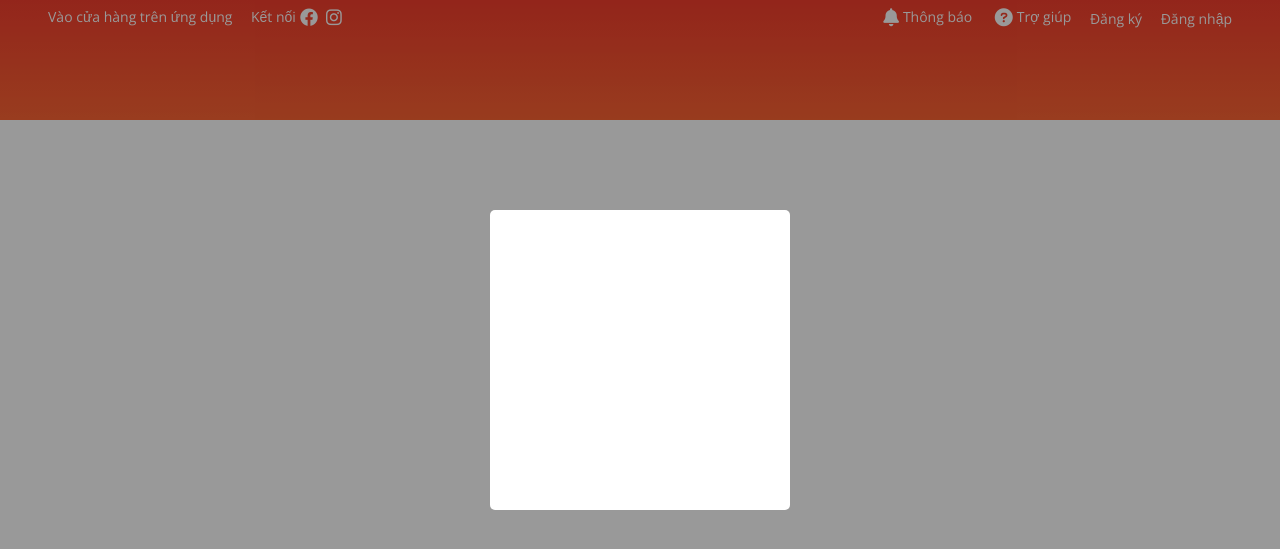
Repository: trongtamdev/Clone-Shopee-Page
Page: index.html
These files come from the project's save history. The page is drawn as it stood at one moment and after the next save; the edit follows.
The browser window is 1280 px wide. The pictures show the whole page.

Above is the page before, as saved 2022-07-08 14:30:43.

### index.html
<!DOCTYPE html>
<html lang="en">

<head>
    <meta charset="UTF-8">
    <meta http-equiv="X-UA-Compatible" content="IE=edge">
    <meta name="viewport" content="width=device-width, initial-scale=1.0">
    <title>Document</title>
    <link rel="stylesheet" href="https://cdnjs.cloudflare.com/ajax/libs/normalize/8.0.1/normalize.min.css">
    <link rel="stylesheet" href="assets/css/base.css">
    <link rel="stylesheet" href="assets/css/main.css">
    <link rel="stylesheet" href="assets/fonts/fontawesome-free-6.1.1/css/all.min.css">
    <link href="https://fonts.googleapis.com/css2?family=Open+Sans:wght@300;400;500;700&display=swap" rel="stylesheet">
</head>
    <div class="app">
        <header class="header">
            <div class="grid">
                <nav class="header__navbar">
                    <ul class="header__navbar-list">
                        <li class="header__navbar-item header__navbar-item--has-qr">
                            Vào cửa hàng trên ứng dụng
                            <div class="header__qr">
                                <img src="assets/img/qr_code.png" alt="QR code" class="header__qr-img">
                                <div class="header__qr-apps">
                                    <a href="" class="header__qr-link">
                                        <img src="assets/img/google_play.png" alt="Google play" class="header__qr-download-img">
                                    </a>
                                    <a href="" class="header__qr-link">
                                        <img src="assets/img/app_store.png" alt="App store" class="header__qr-download-img">
                                    </a>
                                </div>
                            </div>
                        </li>
                        <li class="header__navbar-item">
                            <span class="header__navbar-title--no-pointer">Kết nối</span>
                            <a href="" class="header__navbar-icon-link">
                                <i class="header__navbar-icon fa-brands fa-facebook"></i>
                            </a>
                            <a href="" class="header__navbar-icon-link">
                                <i class="header__navbar-icon fa-brands fa-instagram"></i>
                            </a>
                        </li>
                    </ul>

                    <ul class="header__navbar-list">
                        <li class="header__navbar-item">
                            <a href="" class="header__navbar-item-link">
                                <i class="header__navbar-icon fa-solid fa-bell"></i>
                                Thông báo</a>
                        </li>

                        <li class="header__navbar-item">
                            <a href="" class="header__navbar-item-link">
                                <i class="header__navbar-icon fa-solid fa-circle-question"></i>
                                Trợ giúp</a>
                        </li>

                        <li class="header__navbar-item header__navbar-item--strong">Đăng ký</li>
                        <li class="header__navbar-item header__navbar-item--strong">Đăng nhập</li>
                    </ul>
                </nav>
            </div>

        </header>

        <div class="container">

        </div>

        <footer class="footer">

        </footer>
    </div>
    <div class="modal">
        <div class="modal__overlay">

        </div>
        <div class="modal__body">
            <div class="modal__inner">

            </div>
        </div>
    </div>
<body>

</body>

</html>

### assets/css/base.css
:root {
    --white-color :#fff;
    --back-color :#000;
    --text-color : #333;
}

*{
    box-sizing: inherit;
}

html {
    font-size: 62.5%;
    line-height: 1.6rem;
    font-family: 'Open Sans', sans-serif;;
    box-sizing: border-box;
}

.grid {
    width: 1200px;
    max-width: 100%;
    margin: 0 auto;
}

.grid__full-width {
    width: 100%;
}

.grid__row {
    display: flex;
    flex-wrap: wrap
}

/* Animation */
@keyframes fadeIn {
    from {
        opacity: 0;
    }to {
        opacity: 1;
    }
}

/* Modal */

.modal {
    position: fixed;
    top: 0;
    right: 0;
    bottom: 0;
    left: 0;
    display: flex;
}

.modal__overlay {
    position: absolute;
    width: 100%;
    height: 100%;
    background-color: rgba(0, 0, 0, 0.4);
}

.modal__body {
    width: 300px;
    height: 300px;
    background-color: var(--white-color);
    margin: auto;
    position: relative;
    z-index: 1;
    border-radius: 5px;
}

### assets/css/main.css
.header {
    height: 120px;
    background-image: linear-gradient(0, #fe6433, #f53e2d);
}

.header__navbar {
    display: flex;
    justify-content: space-between;
}

.header__navbar-list {
    list-style: none;
    padding: 0;
    margin-top: 4px;
}

.header__navbar-item {
    margin: 0 8px;
    position: relative;
    min-height: 26px;
}

.header__navbar-item--has-qr:hover .header__qr {
    display: block;
}

.header__navbar-item,
.header__navbar-item-link{
    display: inline-block;
    font-size: 1.4rem;
    color :var(--white-color);
    text-decoration: none;
    font-weight: 300;
}

.header__navbar-item,
.header__navbar-item-link,
.header__navbar-icon-link {
    display: inline-flex;
    align-items: center;
}

.header__navbar-item:hover,
.header__navbar-item-link:hover,
.header__navbar-icon-link:hover{
    cursor: pointer;
    color: rgba(255, 255, 255, 0.7);
}

.header__navbar-item--strong {
    font-weight: 400;
}


.header__navbar-icon-link {
    color: var(--white-color);
    text-decoration: none;
}

.header__navbar-icon {
    font-size: 1.8rem;
    margin: 0 4px;
}

.header__navbar-title--no-pointer {
    color: var(--white-color);
    cursor: text;
}

/* Header QR code */

.header__qr {
    width: 186px;
    background-color: var(--white-color);
    position: absolute;
    left: 0;
    top: 118%;
    padding: 8px;
    border-radius: 2px;
    display: none;
    animation: fadeIn ease-in 0.5s;
}

.header__qr::before {
    position: absolute;
    left: 0;
    top: -16px;
    width: 100%;
    height: 20px;
    content: "";
    display: block;
}

.header__qr-img {
    width: 100%;
}

.header__qr-apps {
    display: flex;
}

.header__qr-link:nth-child(1) {
    margin-left: 11px;
}

.header__qr-link:nth-child(2) {
    margin-right: 11px;
}

.header__qr-download-img {
    height: 18px;
}

Loaded but not shown: assets/fonts/fontawesome-free-6.1.1/css/all.min.css (library)

After the next save:
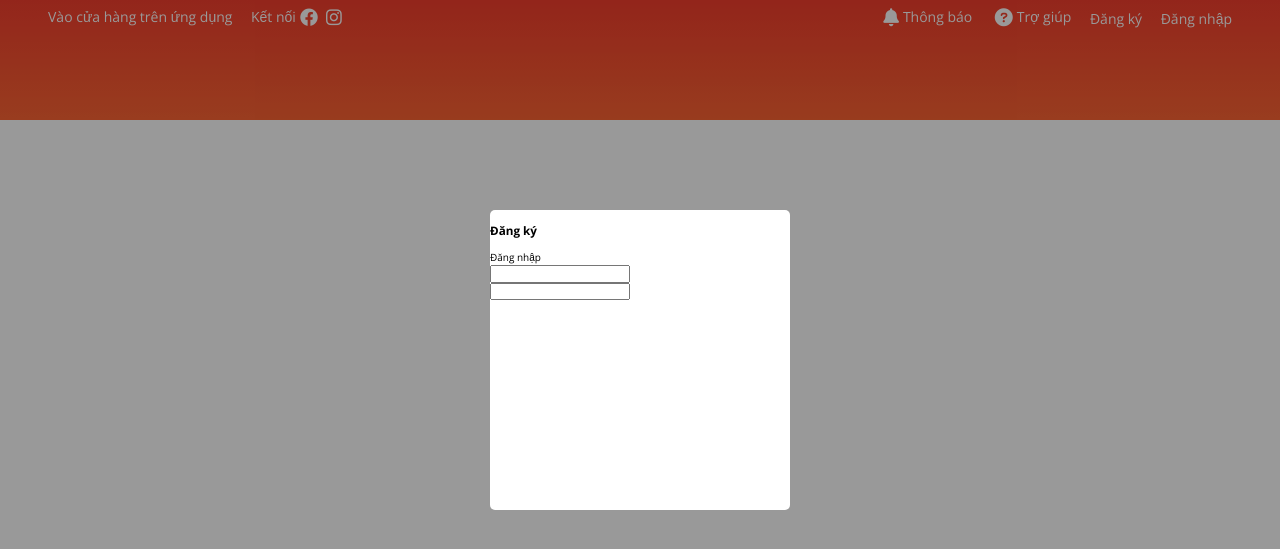
Saved 18 min 17 s later.
--- a/index.html
+++ b/index.html
@@ -77,7 +77,23 @@
         </div>
         <div class="modal__body">
             <div class="modal__inner">
+                <!-- Auth form -->
+                <div class="auth-form">
+                    <div class="auth-form__header">
+                        <h3 class="auth-form__heading">Đăng ký</h3>
+                        <span class="auth-form__switch-btn">Đăng nhập</span>
+                    </div>
 
+                    <div class="auth-form__form">
+                        <div class="auth-form__group">
+                            <input type="text" class="auth-form__input" placeholder=""Email của bạn>
+                        </div>
+
+                        <div class="auth-form__group">
+                            <input type="password" class="auth-form__input" placeholder=""Mật khẩu của bạn>
+                        </div>
+                    </div>
+                </div>
             </div>
         </div>
     </div>
